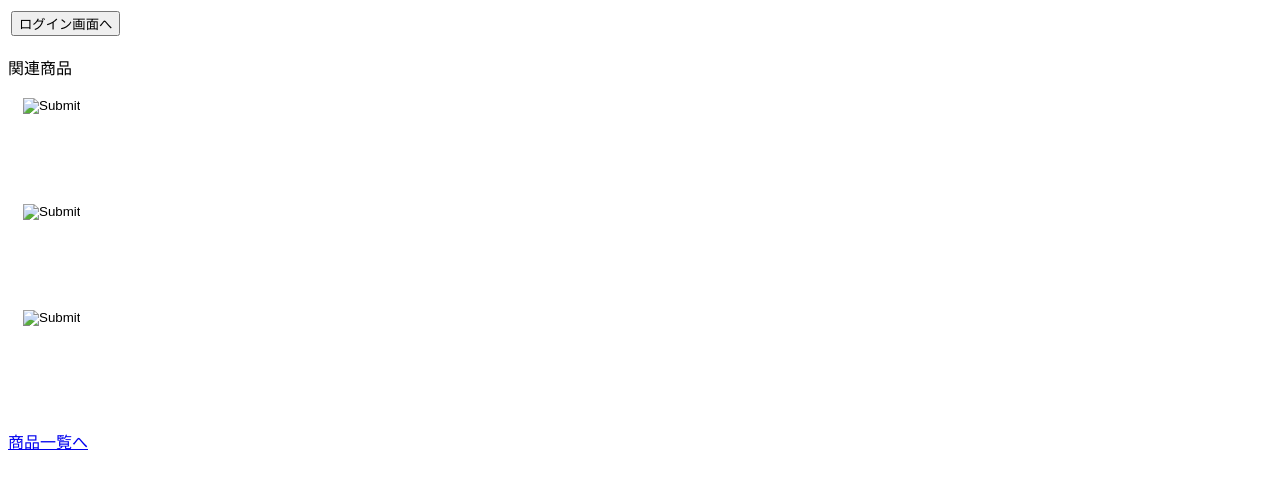
Repository: a4b3c2d1/backup
Page: http://localhost/sagaone-master/itemDetail.jsp
An editor plug-in stored every save of this project. The page is shown before and after the next save, followed by the edit.
The browser window is 1280 px wide. The pictures show the whole page.
The page is served by Tomcat 9.

Above is the page before, as saved 2018-01-14 10:00:58.

After the next save:
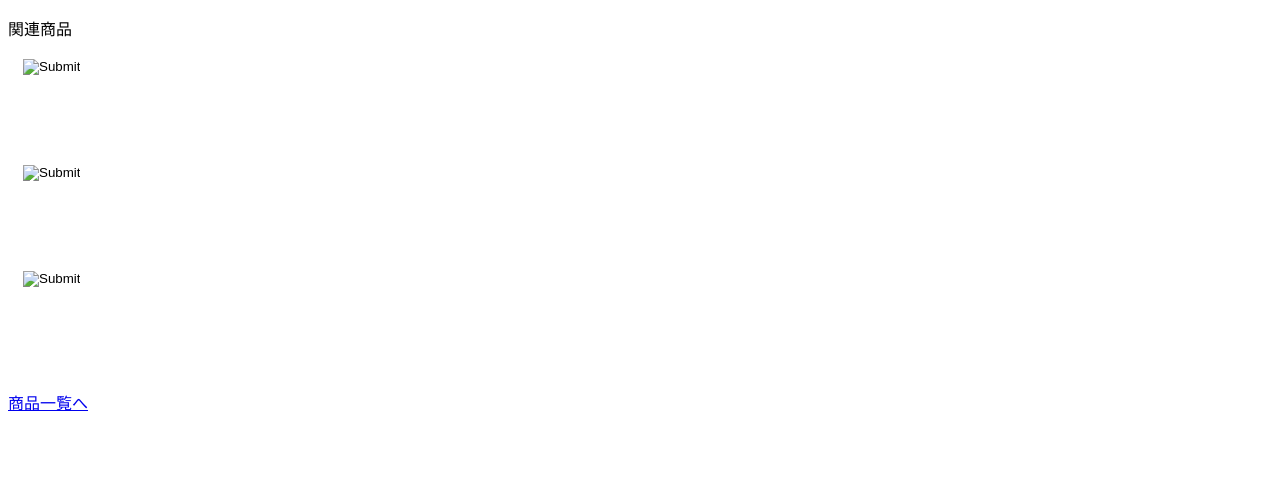
Saved 111 s later.
--- a/sagaone-master/WebContent/itemDetail.jsp
+++ b/sagaone-master/WebContent/itemDetail.jsp
@@ -9,17 +9,7 @@
 <title>商品詳細</title>
 </head>
 <body>
-	<s:if test="session == null">
-		<s:form action="LoginPageAction">
-			<s:submit value="ログイン画面へ" />
-		</s:form>
-	</s:if>
 
-	<s:if test="session.loginUser == null">
-		<s:form action="LoginPageAction">
-			<s:submit value="ログイン画面へ" />
-		</s:form>
-	</s:if>
 	<p>
 		<s:iterator value="#session.itemdetailDTOList">
 			<s:form action="CartAction">
